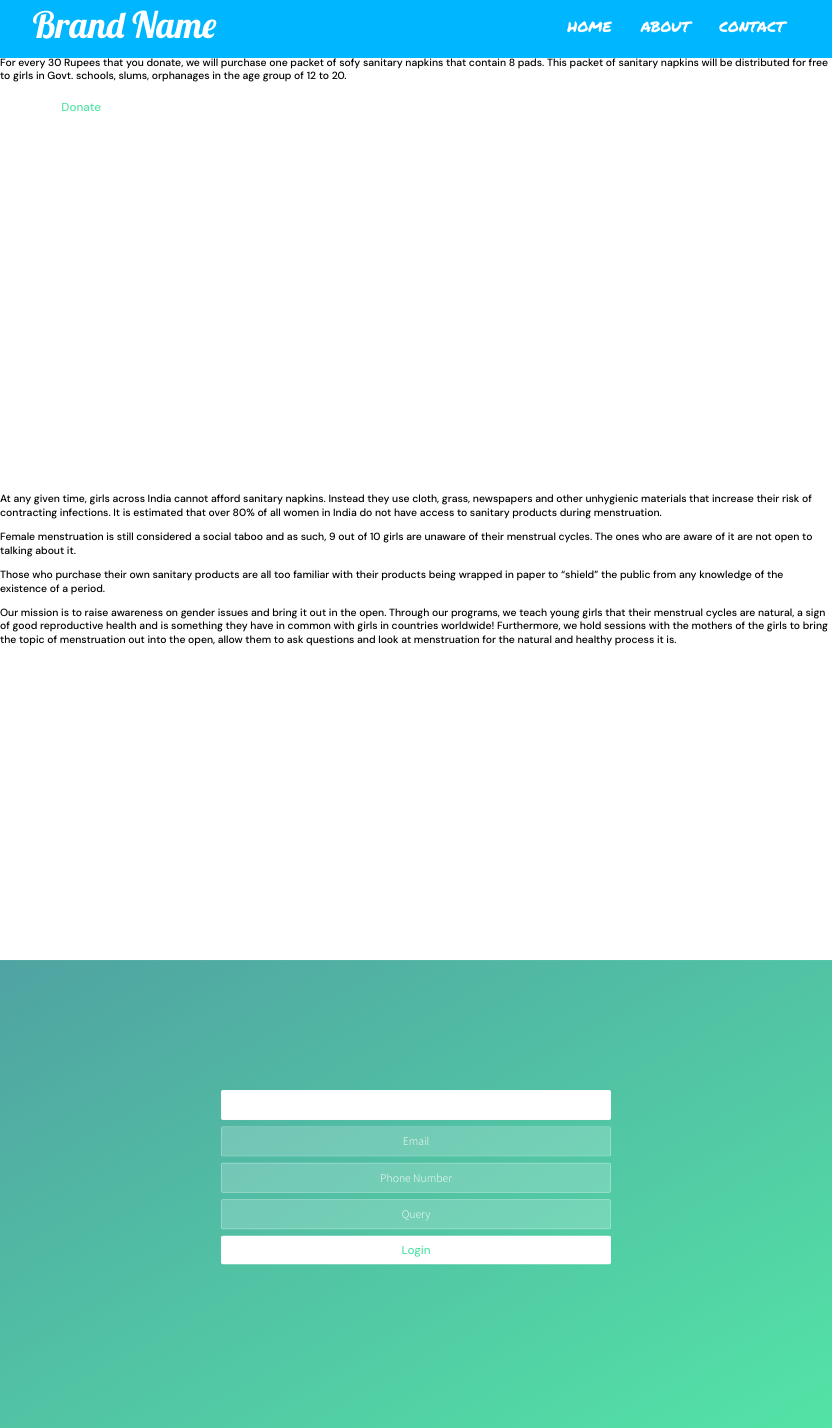
Repository: Jrap-bit/PeriodofSharing
Page: index.html
These files come from the project's save history. The page is drawn as it stood at one moment and after a run of saves; the edit follows.
The browser window is 1280 px wide. The pictures show the whole page, at 65% of full size.
The first visible `form input` has the focus.

Above is the page before, as saved 2022-01-15 13:08:56.

After the next 2 saves:
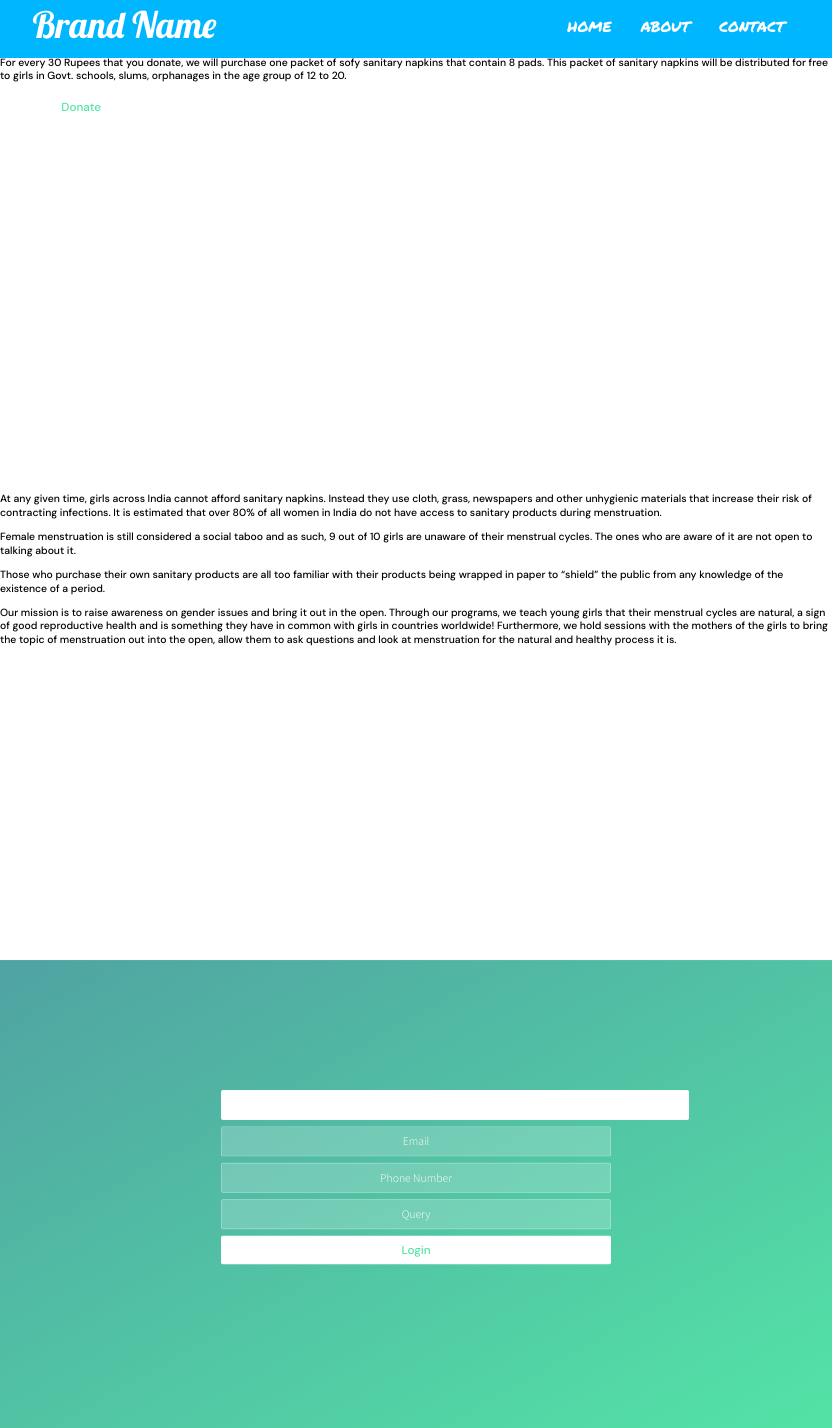
The 2 saves are shown as one change because they came seconds apart.
The last was saved 9 s later.
--- a/style.css
+++ b/style.css
@@ -94,7 +94,7 @@ form input:hover {
 }
 form input:focus {
     background-color: white;
-    width: 100%px;
+    width: 120%;
     color: #53e3a6;
 }
 form button {
